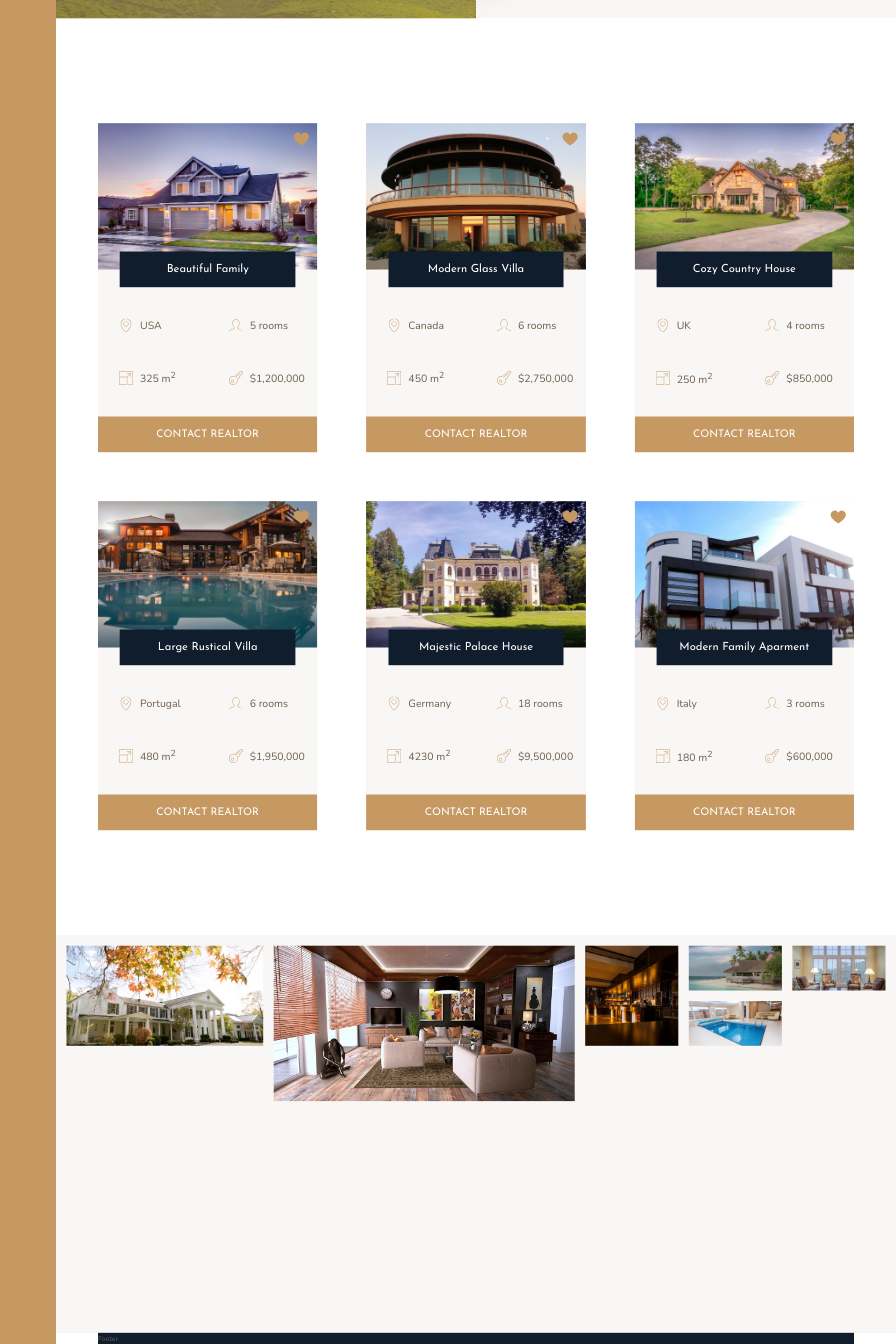
Repository: achwesiuk/nexter
Page: index.html
These files come from the project's save history. The page is drawn as it stood at one moment and after the next save; the edit follows.
The browser window is 1280 px wide. The pictures show the part of the page from y = 1580 to 3500 px (the page is 3500 px tall), at 70% of full size.
The style sheet was rebuilt from its Sass, Less or Tailwind sources for each picture, by a compiler version that may differ from the author's.

Above is the page before, as saved 2021-02-24 07:53:04.

### index.html
<!DOCTYPE html>
<html lang="en">
    <head>
        <meta charset="UTF-8">
        <meta name="viewport" content="width=device-width, initial-scale=1.0">
        <meta http-equiv="X-UA-Compatible" content="ie=edge">

        <link href="https://fonts.googleapis.com/css?family=Josefin+Sans:300,400,400i|Nunito:300,300i" rel="stylesheet">
        <link rel="stylesheet" href="css/style.css">
        <link rel="shortcut icon" type="image/png" href="img/favicon.png">

        <title>nexter &mdash; your home, your freedom</title>
    </head>
    <body class="container">
        <div class="sidebar">
            Sidebar
        </div>

        <header class="header">
            Header
        </header>

        <div class="realtors">
            Top 3 realtors
        </div>

        <section class="features">
            <div class="feature">
                <svg class="feature__icon">
                    <use xlink:href="img/sprite.svg#icon-global"></use>
                </svg>
                <h4 class="heading-4--dark">World's best luxury homes</h4>
                <p class="feature-text">Lorem ipsum dolor sit amet, consectetur adipisicing elit. Sapiente eligendi vitae aliquid a corporis hic, nemo dolores neque culpa pariatur dolor magnam!</p>
            </div>
            <div class="feature">
                <svg class="feature__icon">
                    <use xlink:href="img/sprite.svg#icon-trophy"></use>
                </svg>
                <h4 class="heading-4--dark">Only the best properties</h4>
                <p class="feature-text">Lorem ipsum dolor sit amet consectetur, adipisicing elit. Mollitia optio sapiente fugit deserunt ex qui in.</p>
            </div>
            <div class="feature">
                <svg class="feature__icon">
                    <use xlink:href="img/sprite.svg#icon-map-pin"></use>
                </svg>
                <h4 class="heading-4--dark">All homes in top locations</h4>
                <p class="feature-text">Lorem ipsum dolor sit amet consectetur adipisicing elit. Ullam est deserunt unde temporibus, beatae quo et repellat!</p>
            </div>
            <div class="feature">
                <svg class="feature__icon">
                    <use xlink:href="img/sprite.svg#icon-key"></use>
                </svg>
                <h4 class="heading-4--dark">New home in one week</h4>
                <p class="feature-text">Lorem ipsum dolor sit amet consectetur adipisicing elit. Velit aliquam praesentium quod non eligendi sunt cum ipsum modi.</p>
            </div>
            <div class="feature">
                <svg class="feature__icon">
                    <use xlink:href="img/sprite.svg#icon-presentation"></use>
                </svg>
                <h4 class="heading-4--dark">Top 1% realtors</h4>
                <p class="feature-text">Lorem ipsum dolor sit amet, consectetur adipisicing elit.</p>
            </div>
            <div class="feature">
                <svg class="feature__icon">
                    <use xlink:href="img/sprite.svg#icon-lock"></use>
                </svg>
                <h4 class="heading-4--dark">Secure payments on nexter</h4>
                <p class="feature-text">Lorem ipsum, dolor sit amet consectetur adipisicing elit. Incidunt distinctio repudiandae saepe dolores quis tempore similique.</p>
            </div>
        </section>

        <div class="story__pictures">
            <img src="img/story-1.jpeg" alt="Couple with new house" class="story__img--1">
            <img src="img/story-2.jpeg" alt="New house" class="story__img--2">
        </div>

        <div class="story__content">
            <h3 class="heading-3 mb-sm">Happy Customers</h3>
            <h2 class="heading-2 heading-2--dark mb-md">&ldquo;The best decision of our lives&rdquo;</h2>
            <p class="story__text">
                Lorem ipsum dolor sit amet, consectetur adipisicing elit. Accusantium ut error magni quasi delectus debitis praesentium, iusto, explicabo natus deleniti corrupti, illo illum quidem dolores dolorum ipsum! Incidunt, eaque amet.
            </p>
            <button class="btn">Find your own home</button>
        </div>

        <section class="homes">
            <div class="home">
                <img src="img/house-1.jpeg" alt="House 1" class="home__img">
                <svg class="home__like">
                    <use xlink:href="img/sprite.svg#icon-heart-full"></use>
                </svg>
                <h5 class="home__name">Beautiful Family</h5>
                <div class="home__location">
                    <svg class="home__like">
                        <use xlink:href="img/sprite.svg#icon-map-pin"></use>
                    </svg>
                    <p>USA</p>
                </div>
                <div class="home__rooms">
                    <svg class="home__like">
                        <use xlink:href="img/sprite.svg#icon-profile-male"></use>
                    </svg>
                    <p>5 rooms</p>
                </div>
                <div class="home__area">
                    <svg class="home__like">
                        <use xlink:href="img/sprite.svg#icon-expand"></use>
                    </svg>
                    <p>325 m<sup>2</sup></p>
                </div>
                <div class="home__price">
                    <svg class="home__like">
                        <use xlink:href="img/sprite.svg#icon-key"></use>
                    </svg>
                    <p>$1,200,000</p>
                </div>
                <button class="btn home__btn">Contact realtor</button>
            </div>

            <div class="home"><img src="img/house-2.jpeg" alt="House 2" class="home__img">
                <svg class="home__like">
                    <use xlink:href="img/sprite.svg#icon-heart-full"></use>
                </svg>
                <h5 class="home__name">Modern Glass Villa</h5>
                <div class="home__location">
                    <svg class="home__like">
                        <use xlink:href="img/sprite.svg#icon-map-pin"></use>
                    </svg>
                    <p>Canada</p>
                </div>
                <div class="home__rooms">
                    <svg class="home__like">
                        <use xlink:href="img/sprite.svg#icon-profile-male"></use>
                    </svg>
                    <p>6 rooms</p>
                </div>
                <div class="home__area">
                    <svg class="home__like">
                        <use xlink:href="img/sprite.svg#icon-expand"></use>
                    </svg>
                    <p>450 m<sup>2</sup></p>
                </div>
                <div class="home__price">
                    <svg class="home__like">
                        <use xlink:href="img/sprite.svg#icon-key"></use>
                    </svg>
                    <p>$2,750,000</p>
                </div>
                <button class="btn home__btn">Contact realtor</button>
            </div>

            <div class="home"><img src="img/house-3.jpeg" alt="House 3" class="home__img">
                <svg class="home__like">
                    <use xlink:href="img/sprite.svg#icon-heart-full"></use>
                </svg>
                <h5 class="home__name">Cozy Country House</h5>
                <div class="home__location">
                    <svg class="home__like">
                        <use xlink:href="img/sprite.svg#icon-map-pin"></use>
                    </svg>
                    <p>UK</p>
                </div>
                <div class="home__rooms">
                    <svg class="home__like">
                        <use xlink:href="img/sprite.svg#icon-profile-male"></use>
                    </svg>
                    <p>4 rooms</p>
                </div>
                <div class="home__area">
                    <svg class="home__like">
                        <use xlink:href="img/sprite.svg#icon-expand"></use>
                    </svg>
                    <p>250 m<sup>2</sup></p>
                </div>
                <div class="home__price">
                    <svg class="home__like">
                        <use xlink:href="img/sprite.svg#icon-key"></use>
                    </svg>
                    <p>$850,000</p>
                </div>
                <button class="btn home__btn">Contact realtor</button>
            </div>

            <div class="home"><img src="img/house-4.jpeg" alt="House 4" class="home__img">
                <svg class="home__like">
                    <use xlink:href="img/sprite.svg#icon-heart-full"></use>
                </svg>
                <h5 class="home__name">Large Rustical Villa</h5>
                <div class="home__location">
                    <svg class="home__like">
                        <use xlink:href="img/sprite.svg#icon-map-pin"></use>
                    </svg>
                    <p>Portugal</p>
                </div>
                <div class="home__rooms">
                    <svg class="home__like">
                        <use xlink:href="img/sprite.svg#icon-profile-male"></use>
                    </svg>
                    <p>6 rooms</p>
                </div>
                <div class="home__area">
                    <svg class="home__like">
                        <use xlink:href="img/sprite.svg#icon-expand"></use>
                    </svg>
                    <p>480 m<sup>2</sup></p>
                </div>
                <div class="home__price">
                    <svg class="home__like">
                        <use xlink:href="img/sprite.svg#icon-key"></use>
                    </svg>
                    <p>$1,950,000</p>
                </div>
                <button class="btn home__btn">Contact realtor</button>
            </div>

            <div class="home"><img src="img/house-5.jpeg" alt="House 5" class="home__img">
                <svg class="home__like">
                    <use xlink:href="img/sprite.svg#icon-heart-full"></use>
                </svg>
                <h5 class="home__name">Majestic Palace House</h5>
                <div class="home__location">
                    <svg class="home__like">
                        <use xlink:href="img/sprite.svg#icon-map-pin"></use>
                    </svg>
                    <p>Germany</p>
                </div>
                <div class="home__rooms">
                    <svg class="home__like">
                        <use xlink:href="img/sprite.svg#icon-profile-male"></use>
                    </svg>
                    <p>18 rooms</p>
                </div>
                <div class="home__area">
                    <svg class="home__like">
                        <use xlink:href="img/sprite.svg#icon-expand"></use>
                    </svg>
                    <p>4230 m<sup>2</sup></p>
                </div>
                <div class="home__price">
                    <svg class="home__like">
                        <use xlink:href="img/sprite.svg#icon-key"></use>
                    </svg>
                    <p>$9,500,000</p>
                </div>
                <button class="btn home__btn">Contact realtor</button>
            </div>

            <div class="home"><img src="img/house-6.jpeg" alt="House 6" class="home__img">
                <svg class="home__like">
                    <use xlink:href="img/sprite.svg#icon-heart-full"></use>
                </svg>
                <h5 class="home__name">Modern Family Aparment</h5>
                <div class="home__location">
                    <svg class="home__like">
                        <use xlink:href="img/sprite.svg#icon-map-pin"></use>
                    </svg>
                    <p>Italy</p>
                </div>
                <div class="home__rooms">
                    <svg class="home__like">
                        <use xlink:href="img/sprite.svg#icon-profile-male"></use>
                    </svg>
                    <p>3 rooms</p>
                </div>
                <div class="home__area">
                    <svg class="home__like">
                        <use xlink:href="img/sprite.svg#icon-expand"></use>
                    </svg>
                    <p>180 m<sup>2</sup></p>
                </div>
                <div class="home__price">
                    <svg class="home__like">
                        <use xlink:href="img/sprite.svg#icon-key"></use>
                    </svg>
                    <p>$600,000</p>
                </div>
                <button class="btn home__btn">Contact realtor</button>
            </div>
        </section>

        <section class="gallery">
            <figure class="gallery__item gallery__item--1">
                <img src="img/gal-1.jpeg" alt="Gallery image 1" class="gallery__img">
            </figure>
            <figure class="gallery__item gallery__item--2">
                <img src="img/gal-2.jpeg" alt="Gallery image 2" class="gallery__img">
            </figure>
            <figure class="gallery__item gallery__item--3">
                <img src="img/gal-3.jpeg" alt="Gallery image 3" class="gallery__img">
            </figure>
            <figure class="gallery__item gallery__item--4">
                <img src="img/gal-4.jpeg" alt="Gallery image 4" class="gallery__img">
            </figure>
            <figure class="gallery__item gallery__item--5">
                <img src="img/gal-5.jpeg" alt="Gallery image 5" class="gallery__img">
            </figure>
            <figure class="gallery__item gallery__item--6">
                <img src="img/gal-6.jpeg" alt="Gallery image 6" class="gallery__img">
            </figure>
        </section>

        <footer>
            Footer
        </footer>
    </body>
</html>

### sass/main.scss
@import "base";
@import "typography";

@import "sidebar";
@import "header";
@import "realtors";
@import "features";
@import "story";
@import "homes";
@import "gallery";
@import "footer";

### sass/_base.scss
// COLOR VARIABLES
$color-primary: #c69963;
$color-primary-dark: #B28451;

$color-secondary: #101d2c;

$color-grey-light-1: #f9f7f6;
$color-grey-light-2: #aaa;

$color-grey-dark-1: #54483A;
$color-grey-dark-2: #6D5D4B;

// FONT VARIABLES
$font-primary: 'Nunito', sans-serif;
$font-display: 'Josefin Sans', sans-serif;

*,
*::before,
*::after {
    margin: 0;
    padding: 0;
    -webkit-box-sizing: inherit;
            box-sizing: inherit; //dziedziczy po HTML
}

html {
    -webkit-box-sizing: border-box;
            box-sizing: border-box;
    font-size: 62.5%; // 10px / 16px = 62.5% -> 1rem = 10px
}

body {
    font-family: $font-primary;
    color: $color-grey-dark-2;
    font-weight: 300;
    line-height: 1.6;
}

.container {
    display: grid;
    grid-template-rows: 80vh min-content 40vw repeat(3, min-content); // 1.wiersz - wysokość wiersza jest wartością procentową vh; jest to siatka jawna z jednym wierszem, pozostałe elementy będą dodane w siatce niejawnej (elementy, które nie mają miejsca w siatce jawnej)
    // 2. wiersz - wysokość wiersza uzależniona od zawartej w nim treści
    // 2. auto - domyślne, jeżeli nic nie będzie określone; również dopasowuje się do treści
    // 3. wiersz - wiersz uzależniony od szerokości układu (podczas zmiany szerokości widoku zmieniają się wymiary wiersza - zwęża się, rośnie)
    // 4, 5, 6 - wysokość wiersza uzależnione od jego zawartości
    grid-template-columns: [sidebar-start] 8rem [sidebar-end full-start] minmax(6rem, 1fr) [center-start] repeat(8, [col-start] minmax(min-content, 14rem) [col-end]) [center-end] minmax(6rem, 1fr) [full-end];
}

### sass/_typography.scss
%heading { //extended działa przeciwnie do mixin; selektory (heading-1 etc.) są kopiowane to selektora na górze
    font-family: $font-display;
    font-weight: 400;
}

.heading-1 {
    @extend %heading;
}

.heading-2 {
    @extend %heading;
    font-size: 4rem;
    font-style: italic;
    line-height: 1;

    &--light {color: $color-grey-light-1;}
    &--dark {color: $color-grey-dark-1;}
}

.heading-3 {
    @extend %heading;
    font-size: 1.6rem;
    color: $color-primary;
    text-transform: uppercase;
}

.heading-4 {
    @extend %heading;
    font-size: 1.9rem;

    &--light {color: $color-grey-light-1;}
    &--dark {color: $color-grey-dark-1;}
}

.btn {
    background-color: $color-primary;
    color: #fff;
    border: none;
    border-radius: 0; //z założenia przyciski mają ustawiony jakiś kąt
    font-family: $font-display;
    font-size: 1.5rem;
    text-transform: uppercase;
    padding: 1.8rem 3rem;
    cursor: pointer;

    transition: all .2s;

    &:hover {
        background-color: $color-primary-dark;
    }
}

.mb-sm {margin-bottom: 2rem;}
.mb-md {margin-bottom: 3rem;}
.mb-lg {margin-bottom: 4rem;}
.mb-hg {margin-bottom: 8rem;}

### sass/_sidebar.scss
.sidebar {
    background-color: $color-primary;
    grid-column: sidebar-start / sidebar-end;
    grid-row: 1 / -1;
}

### sass/_header.scss
.header {
    background-color: $color-grey-dark-1;
    grid-column: full-start / col-end 6;
}

### sass/_realtors.scss
.realtors {
    background-color: $color-secondary;
    grid-column: col-start 7 / full-end;
}

### sass/_features.scss
.features {
    grid-column: center-start / center-end;

    margin: 15rem 0;

    display: grid;
    //grid-template-columns: repeat(3, 1fr);
    grid-template-columns: repeat(auto-fit, minmax(25rem, 1fr));
    //grid-template-rows: auto auto; niepotrzebne, ponieważ wiersze i tak układają się w ten sposób
    grid-gap: 6rem;
    align-items: start;
}

.feature {

    display: grid;
    grid-template-columns: min-content 1fr; //min-content odnosi się do wymiarów ikony
    //nie trzeba określać wierszy, mają mieć wielkość zawartej w nich treści
    grid-row-gap: 1.5rem;
    grid-column-gap: 2.5rem;

    &__icon {
        fill: $color-primary;
        width: 4.5rem;
        height: 4.5rem;
        transform: translateY(-1rem);

        //grid-row: 1 / -1; // -1 oznacza koniec JAWNEJ SIATKI, a tutaj jest niejawna
        grid-row: -1 / span 2;
    }

    &__text {
        font-size: 1.7rem;
    }
}

### sass/_story.scss
.story {

    &__pictures {
        background-color: $color-primary;
        grid-column: full-start / col-end 4;
        background-image: linear-gradient(rgba($color-primary, .5), rgba($color-primary, .5)),  url(../img/back.jpg); //używam dwóch takich samych kolorów - kolor przechodzi z jednego koloru na drugi

        display: grid;
        grid-template-rows: repeat(6, 1fr);
        grid-template-columns: repeat(6, 1fr);

        align-items: center;
    }

    &__img--1 {
        width: 100%;
        grid-row: 2 / 6;
        grid-column: 2 / 6;
        box-shadow: 0 2rem 5rem rgba(#000, .1);
    }

    &__img--2 {
        width: 115%;
        grid-row: 4 / 6;
        grid-column: 4 / 7;
        z-index: 20;
        box-shadow: 0 2rem 5rem rgba(#000, .2);
    }

    &__content {
        background-color: $color-grey-light-1;
        grid-column: col-start 5 / full-end;

        padding: 6rem 8vw;

        /*
        display: flex;
        flex-direction: column;
        justify-content: center;
        align-items: flex-start;
        */

        display: grid;
        align-content: center;
        justify-items: start;
    }

    &__text {
        font-size: 1.5rem;
        font-style: italic;
        margin-bottom: 4rem;
    }
}

### sass/_homes.scss
.homes {
    grid-column: center-start / center-end;
    margin: 15rem 0;

    display: grid;
    grid-template-columns: repeat(auto-fit,minmax(25rem, 1fr));
    grid-gap: 7rem;
}

.home {
    background-color: $color-grey-light-1;

    display: grid;
    grid-template-columns: repeat(2, 1fr);
    grid-row-gap: 3.5rem;

    &__img {
        width: 100%;
        grid-row: 1 / 2;
        grid-column: 1 / -1;
        z-index: 1;
    }

    &__like {
        grid-row: 1 / 2;
        grid-column: 2 / 3;
        fill: $color-primary;
        height: 2.5rem;
        width: 2.5rem;
        z-index: 2;

        justify-self: end;
        margin: 1rem;
    }

    &__name {
        grid-column: 1 / -1;
        grid-row: 1 / 2;
        justify-self: center;
        align-self: end;
        z-index: 3;

        width: 80%;
        font-family: $font-display;
        font-size: 1.6rem;
        text-align: center;
        padding: 1.25rem;
        background-color: $color-secondary;
        color: #fff;
        font-weight: 400;
        transform: translateY(50%);
    }

    &__location,
    &__rooms {
        margin-top: 2.5rem;
    }

    &__location,
    &__rooms,
    &__area,
    &__price {
        font-size: 1.5rem;
        margin-left: 2rem;

        display: flex;
        align-items: center;

        svg{
            fill: $color-primary;
            height: 2rem;
            width: 2rem;
            margin-right: 1rem;
        }
    }

    &__btn {
        grid-column: 1 / -1;
    }
}

### sass/_gallery.scss
.gallery {
    background-color: $color-grey-light-1;
    grid-column: full-start / full-end;

    display: grid;
    grid-template-columns:  repeat(8, 1fr);
    grid-template-rows: repeat(7, 5vw);
    grid-gap: 1.5rem;
    padding: 1.5rem; //aby przerwy były również na zewnątrz siatki

    &__item {

        &--1 {
            grid-row: 1 / span 2;
            grid-column: 1 / span 2;
        }

        &--2 {
            grid-row: 1 / span 3;
            grid-column: 3 / span 3;
        }

        &--3 {
            grid-row: 1 / span 2;
            grid-column: 6 / 7;
        }
    }

    &__img {
        width: 100%;
        height: 100%;
        object-fit: cover;
        display: block; //aby nie było białych przestrzeni pod zdjęciem (jak w przypadku inline-block, gdzie element jest traktowany jako tekst)
    }

}

### sass/_footer.scss
footer {
    background-color: $color-secondary;
    grid-column: center-start / center-end;
}

After the next save:
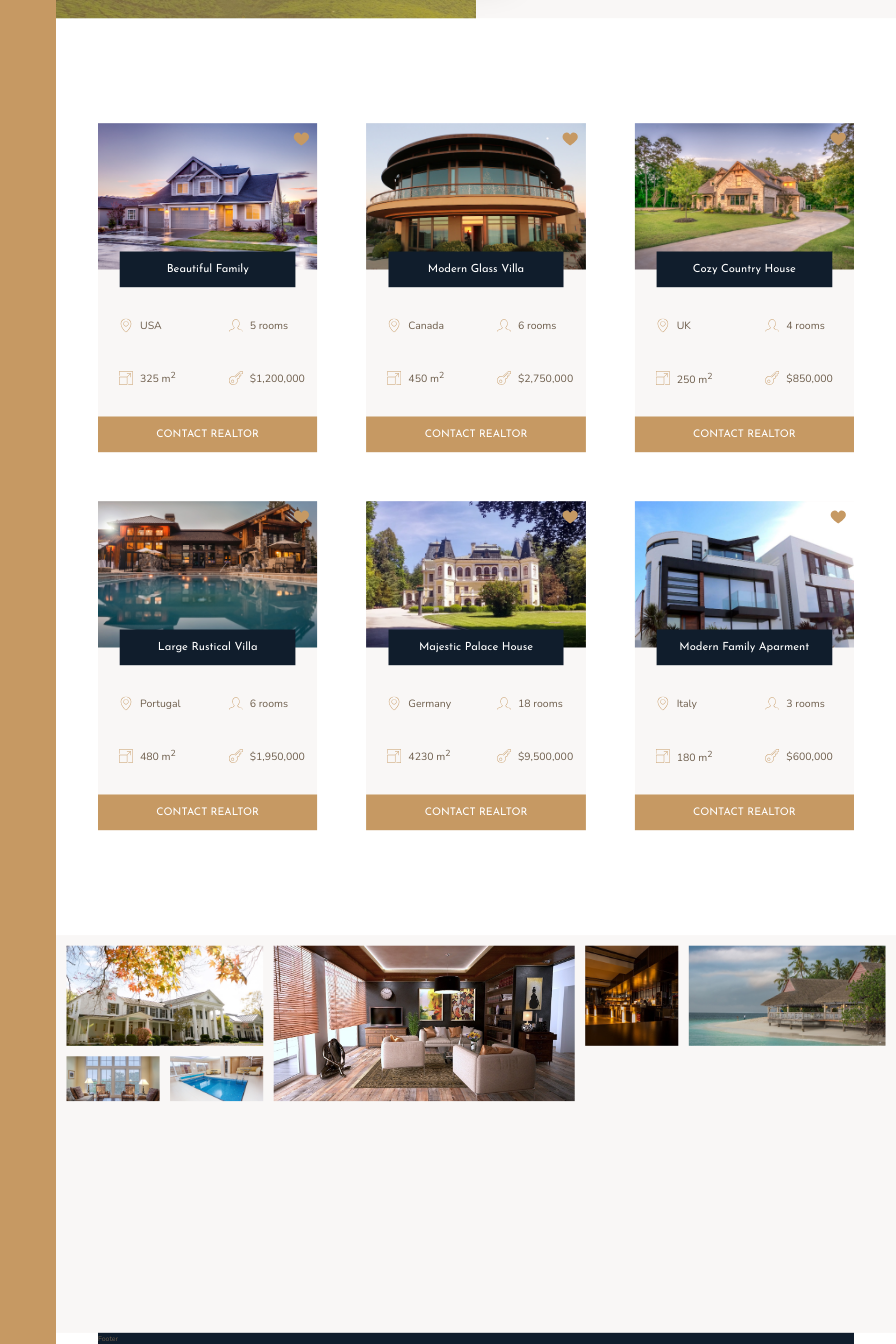
Saved 26 s later.
--- a/sass/_gallery.scss
+++ b/sass/_gallery.scss
@@ -24,6 +24,11 @@
             grid-row: 1 / span 2;
             grid-column: 6 / 7;
         }
+
+        &--4 {
+            grid-row: 1 / span 2;
+            grid-column: 7 / -1;
+        }
     }
 
     &__img {
